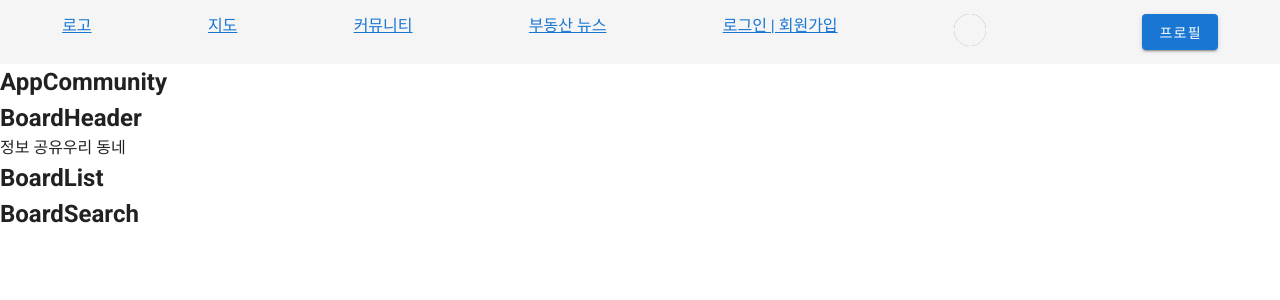
Repository: misso88/vue-whereIsMyHome
Page: /community
The author's editor kept a copy of each file at every save. The page is drawn from the files as they stood at one save, then again after a run of saves.
The browser window is 1280 px wide. The pictures show the whole page.
The project was rebuilt for these pictures with package versions that can differ from the ones it lists, and the page was loaded fresh each time. Also part of the build but not shown: vue.config.js, src/views/AppMain.vue, src/components/house/sidebar/HouseListItem.vue, src/components/house/sidebar/HouseList.vue, src/components/house/sidebar/HouseListFilter.vue, src/components/house/sidebar/HouseSidebar.vue, src/components/house/map/HouseMapFilter.vue, src/components/house/map/HouseMap.vue and 2 more.

Above is the page before, as saved 2022-11-16 10:24:33.

### public/index.html
<!DOCTYPE html>
<html lang="en">
  <head>
    <meta charset="utf-8" />
    <meta http-equiv="X-UA-Compatible" content="IE=edge" />
    <meta name="viewport" content="width=device-width,initial-scale=1.0" />
    <link rel="icon" href="<%= BASE_URL %>favicon.ico" />
    <title><%= htmlWebpackPlugin.options.title %></title>
    <link
      rel="stylesheet"
      href="https://fonts.googleapis.com/css?family=Roboto:100,300,400,500,700,900"
    />
    <link
      rel="stylesheet"
      href="https://cdn.jsdelivr.net/npm/@mdi/font@latest/css/materialdesignicons.min.css"
    />
    <link
      rel="stylesheet"
      href="https://fonts.googleapis.com/css?family=Roboto:100,300,400,500,700,900"
    />
    <link
      rel="stylesheet"
      href="https://cdn.jsdelivr.net/npm/@mdi/font@latest/css/materialdesignicons.min.css"
    />
    <!-- <style>
      html{
        overflow-y: hidden !important;
      }
    </style> -->
  </head>
  <body>
    <noscript>
      <strong
        >We're sorry but <%= htmlWebpackPlugin.options.title %> doesn't work properly without
        JavaScript enabled. Please enable it to continue.</strong
      >
    </noscript>
    <div id="app"></div>
    <!-- built files will be auto injected -->
  </body>
</html>

### src/App.vue
<template>
  <v-app>
    <v-app-bar app elevation="0" absolute clipped-left>
      <the-header></the-header>
    </v-app-bar>
    <v-main>
      <router-view></router-view>
    </v-main>
  </v-app>
</template>

<script>
import TheHeader from "@/components/layout/TheHeader";

export default {
  name: "App",
  components: {
    TheHeader,
  },
};
</script>

### src/router/index.js
import Vue from 'vue'
import VueRouter from 'vue-router'

import AppMain from '@/views/AppMain'
import AppHouse from '@/views/AppHouse'
// import AppCommunity from '@/views/AppCommunity'
import AppNews from '@/views/AppNews'
// import AppMember from '@/views/AppMember'


Vue.use(VueRouter)

const routes = [
  {
    path: '/',
    name: 'main',
    component: AppMain
  },
  {
    path: '/map',
    name: 'map',
    component: AppHouse
  },
  {
    path: '/community',
    name: 'community',
    component: () => import("@/views/AppCommunity"),
    redirect: "/community/list",
    children: [
      {
        path: "list",
        name: "boardlist",
        component: () => import("@/components/board/BoardList")
      },
    ]
  },
  {
    path: '/news',
    name: 'news',
    component: AppNews
  },
  {
    path: '/member',
    name: 'member',
    component: () => import("@/views/AppMember"),
    children: [
      {
        path: "login",
        name: "login",
        component: () => import("@/components/member/MemberLogin")
      },
      {
        path: "join",
        name: "join",
        component: () => import("@/components/member/MemberJoin")
      },
    ]
  },
  {
    path: "/profile",
    name: "profile",
    component: () => import("@/views/TempProfile"),
    children: [
      {
        path: "mypage",
        name: "mypage",
        component: () => import("@/components/profile/ProfileMypage")
      },
      {
        path: "wishlist",
        name: "wishlist",
        component: () => import("@/components/profile/ProfileWishlist")
      },
      {
        path: "notice",
        name: "notice",
        component: () => import("@/components/profile/ProfileNotice")
      },
      {
        path: "helpcenter",
        name: "helpcenter",
        component: () => import("@/components/profile/ProfileHelpcenter")
      },
    ]
  },
]

const router = new VueRouter({
  mode: 'history',
  base: process.env.BASE_URL,
  routes
})

export default router

### src/store/index.js
import Vue from 'vue'
import Vuex from 'vuex'
import createPersistedState from "vuex-persistedstate";

Vue.use(Vuex)

export default new Vuex.Store({
  state: {
    type: null,
  },
  getters: {
  },
  mutations: {
    SET_TYPE (state, type) {
      state.type = type;
    },
  },
  actions: {
  },
  modules: {},
  plugins: [
    createPersistedState({
      // 브라우저 종료시 제거하기 위해 localStorage가 아닌 sessionStorage로 변경. (default: localStorage)
      storage: sessionStorage,
    }),
  ],

})

### src/components/layout/TheHeader.vue
<template>
  <v-row  class="d-flex justify-space-around">
    <router-link
      v-for="item in header" :key="item.name"
      :to="{ name: item.name}" > {{ item.title }}</router-link>
    <!-- 프로필 -->
     <v-avatar
          class="mr-10"
          color="grey darken-1"
          size="32"
        >
      <v-btn :to="{ name: 'profile'}" />
    </v-avatar>

    <v-menu offset-y>
      <template v-slot:activator="{ on, attrs }">
        <v-btn
          color="primary"
          dark
          v-bind="attrs"
          v-on="on"
        >
          프로필
        </v-btn>
      </template>
      <v-list>
        <v-list-item
          v-for="(item, index) in profile"
          :key="index"
        >
          <router-link :to="{ name: item.name}" > {{ item.title }}</router-link>
        </v-list-item>
      </v-list>
    </v-menu>
  </v-row>
</template>

<script>
export default {
    name: "TheHeader",
    data() {
        return {
          header: [],
          profile: []
        };
    },
    created() {
      this.header = [
        {
          name: "main",
          title: "로고"
        },
        {
          name: "map",
          title: "지도"
        },
        {
          name: "community",
          title: "커뮤니티"
        },
        {
          name: "news",
          title: "부동산 뉴스"
        },
        {
          name: "login",
          title: "로그인 | 회원가입"
        },
      ],
      this.profile = [
        {
          name: "mypage",
          title: "내정보"
        },
        {
          name: "wishlist",
          title: "찜 목록"
        },
        {
          name: "notice",
          title: "공지사항"
        },
        {
          name: "helpcenter",
          title: "고객센터"
        },
        {
          name: "mypage",
          title: "로그아웃"
        },
      ]
    }
}
</script>

<style>

</style>

### src/views/AppCommunity.vue
<template>
  <div>
    <h2>AppCommunity</h2>
    <board-header></board-header>
    <router-view></router-view>
  </div>

</template>

<script>
import BoardHeader from "@/components/board/BoardHeader";

export default {
  name: "AppCommunity",
  components: {
    BoardHeader,
  },
};
</script>

<style>

</style>

### src/components/board/BoardList.vue
<template>
  <div>
    <h2>BoardList</h2>
    <board-search></board-search>
    <div>{{ type }}</div>
  </div>
</template>

<script>
import BoardSearch from "@/components/board/BoardSearch";
export default {
    name: "BoardList",
    data() {
        return {
            type: 0
        }
    },
    created() {
        console.log("created");
        this.type = this.$store.state.type;
        console.log(this.type);
    },
    components: {
        BoardSearch
    }
}
</script>

<style>

</style>

### src/components/board/BoardHeader.vue
<template>
  <div>
    <h2>BoardHeader</h2>
    <button @click="a('1')">정보 공유</button>
    <button @click="a('2')">우리 동네</button>
  </div>
</template>

<script>
export default {
    name: "BoardHeader",
    methods: {
        a(type){
            this.$store.commit("SET_TYPE", type);
            this.$router.go({
                name: "boardlist",
            });
        }
    },
};
</script>

<style>

</style>

### src/components/board/BoardSearch.vue
<template>
  <div>
    <h2>BoardSearch</h2>
  </div>
</template>

<script>
export default {

}
</script>

<style>

</style>

Loaded but not shown: src/main.js (common file); src/plugins/vuetify.js (common file)

After the next 2 saves:
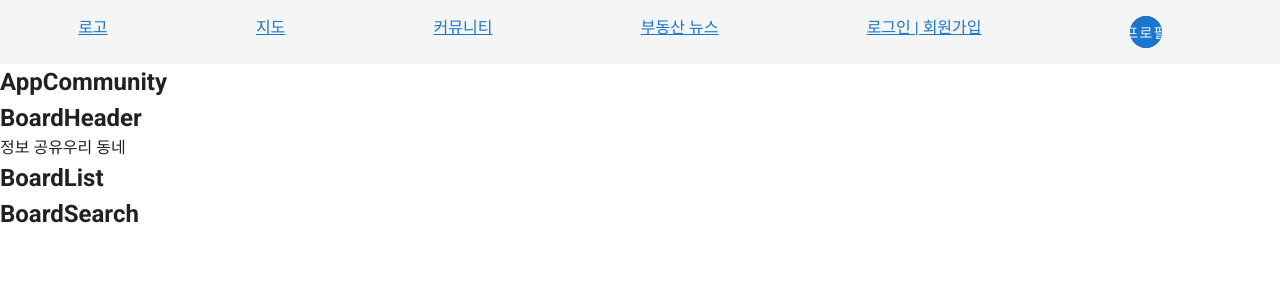
The 2 saves are shown as one change because they came seconds apart.
The last was saved 35 s later.
--- a/src/components/layout/TheHeader.vue
+++ b/src/components/layout/TheHeader.vue
@@ -9,10 +9,7 @@
           color="grey darken-1"
           size="32"
         >
-      <v-btn :to="{ name: 'profile'}" />
-    </v-avatar>
-
-    <v-menu offset-y>
+      <v-menu offset-y>
       <template v-slot:activator="{ on, attrs }">
         <v-btn
           color="primary"
@@ -32,6 +29,9 @@
         </v-list-item>
       </v-list>
     </v-menu>
+    </v-avatar>
+
+
   </v-row>
 </template>
 
